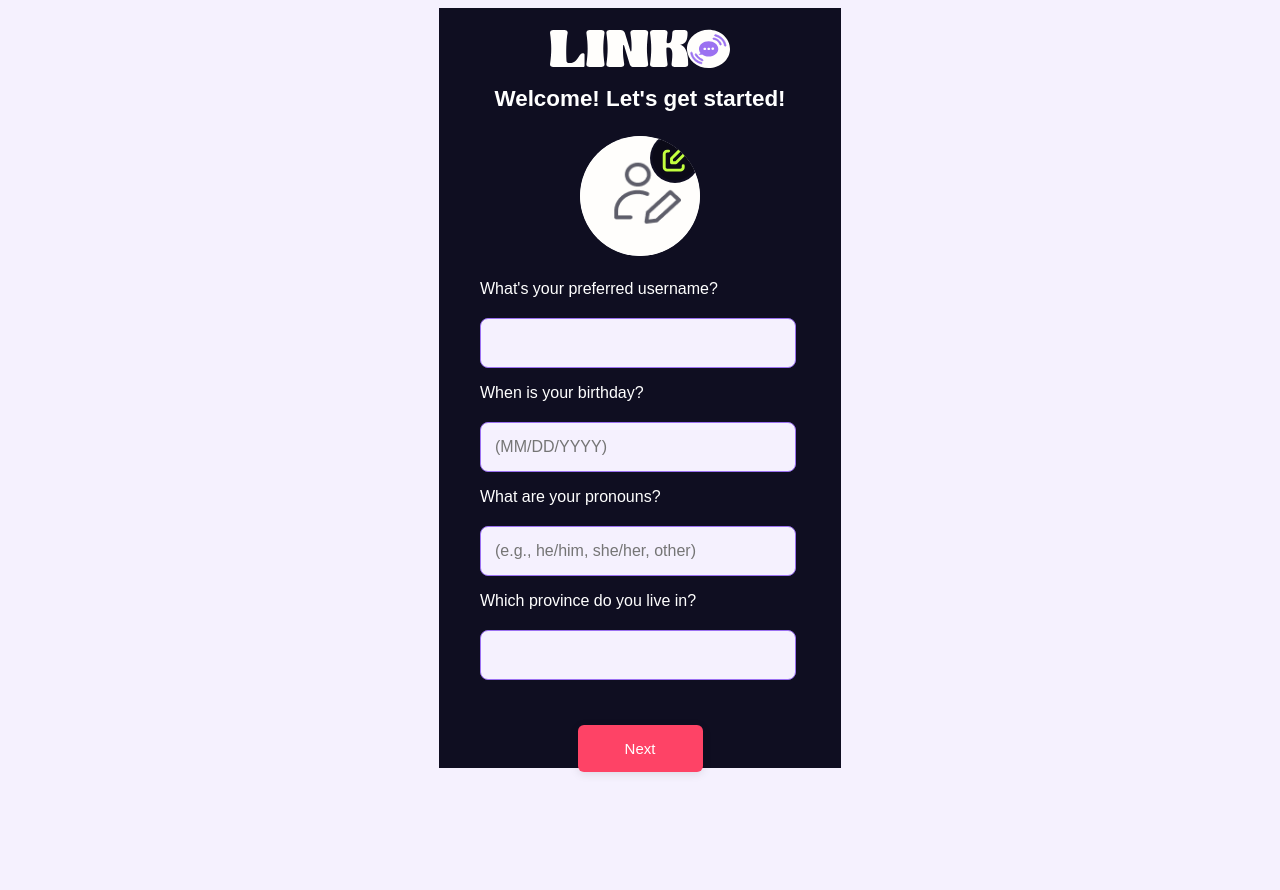
Repository: richelletiongson/MDIA2109_Linko
Page: /onboard/signup (app in linko_whatdafour/)
An editor plug-in stored every save of this project. The page is shown before and after the next save, followed by the edit.
The browser window is 1280 px wide. The pictures show the whole page.
The project was rebuilt for these pictures with package versions that can differ from the ones it lists, and the page was loaded fresh each time. The framework's server and built-in components were replaced by stand-ins that run in the browser. Also part of the build but not shown: linko_whatdafour/next.config.mjs, linko_whatdafour/app/.components/Modal/modal.module.css, linko_whatdafour/app/.components/Modal/modal.js.

Above is the page before, as saved 2025-05-20 23:59:45.

### linko_whatdafour/app/layout.js

















import { Geist, Geist_Mono } from "next/font/google";
import "./globals.css";

const geistSans = Geist({
  variable: "--font-geist-sans",
  subsets: ["latin"],
});

const geistMono = Geist_Mono({
  variable: "--font-geist-mono",
  subsets: ["latin"],
});

export const metadata = {
  title: "Create Next App",
  description: "Generated by create next app",
};

export default function RootLayout({ children }) {
  return (
    <html lang="en">
      <body className={`${geistSans.variable} ${geistMono.variable}`}>
        <div className = {"wrapper"}>
        {children}
        </div>
      </body>
    </html>
  );
}

### linko_whatdafour/app/onboard/signup/page.js
"use client"

import React, { useState } from 'react';
import Header from '@/app/.components/Header/header';
import InputField from '@/app/.components/input_field/input_field'
import { useRouter } from 'next/navigation';
import styles from './signup.module.css';
import Button from '@/app/.components/buttons';
import { PhotoGalleryModal } from '@/app/.components/Modal/modal';

export default function SignupPage() {
  const router = useRouter();

  const [profilePic, setProfilePic] = useState('/photos/DefaultProfile.png');
  const [profilePicModalOpen, setProfilePicModalOpen] = useState(false);
  const [profilePicSelection, setProfilePicSelection] = useState([profilePic]);

  const placeholderPhotos = [
    '/photos/photo_gallery/photo1.JPG',
    '/photos/photo_gallery/photo2.JPG',
    '/photos/photo_gallery/photo3.JPG',
    '/photos/photo_gallery/photo4.jpeg',
    '/photos/photo_gallery/photo5.jpeg',
    '/photos/photo_gallery/photo6.jpeg',
    '/photos/photo_gallery/photo7.jpeg',
    '/photos/photo_gallery/photo8.jpeg',
    '/photos/photo_gallery/photo9.jpeg',
    '/photos/photo_gallery/photo10.jpg',
  ];

  const handleOpenProfilePicModal = () => {
    setProfilePicSelection([profilePic]);
    setProfilePicModalOpen(true);
  };
  const handleCloseProfilePicModal = () => setProfilePicModalOpen(false);
  const handleDoneProfilePicModal = () => {
    if (profilePicSelection.length > 0) setProfilePic(profilePicSelection[0]);
    setProfilePicModalOpen(false);
  };

  return (
    <div className={styles.page}>
      <Header />
      <h2 className={styles.welcome}>Welcome! Let's get started!</h2>
      <div className={styles.profileIconWrapper}>
        <div className={styles.profileIconCircle}>
          <img
            src={profilePic}
            alt="Profile icon"
          />
          <div className={styles.addPhotoBtn}>
            <Button
              buttonText={<svg width="55" height="55" viewBox="0 0 55 55" fill="none" xmlns="http://www.w3.org/2000/svg">
                <g id="Group">
                  <circle id="Ellipse 74" cx="27.125" cy="27.125" r="27.125" fill="#0B0A17"/>
                  <path id="Vector" d="M19.25 19.25H17.5C16.5717 19.25 15.6815 19.6187 15.0251 20.2751C14.3687 20.9315 14 21.8217 14 22.75V38.5C14 39.4283 14.3687 40.3185 15.0251 40.9749C15.6815 41.6313 16.5717 42 17.5 42H33.25C34.1783 42 35.0685 41.6313 35.7249 40.9749C36.3813 40.3185 36.75 39.4283 36.75 38.5V36.75" stroke="#C2FF3E" strokeWidth="3.5" strokeLinecap="round" strokeLinejoin="round"/>
                  <path id="Vector_2" d="M35 15.7499L40.25 20.9999M42.6737 18.5237C43.363 17.8345 43.7502 16.8997 43.7502 15.9249C43.7502 14.9502 43.363 14.0154 42.6737 13.3262C41.9845 12.637 41.0497 12.2498 40.075 12.2498C39.1003 12.2498 38.1655 12.637 37.4763 13.3262L22.75 27.9999V33.2499H28L42.6737 18.5237Z" stroke="#C2FF3E" strokeWidth="3.5" strokeLinecap="round" strokeLinejoin="round"/>
                </g>
              </svg>}
              onClick={handleOpenProfilePicModal}
              type="dark_purple"
              size="big_round"
            />
          </div>
        </div>
      </div>
      <PhotoGalleryModal
        isOpen={profilePicModalOpen}
        onClose={handleCloseProfilePicModal}
        onDone={handleDoneProfilePicModal}
        availablePhotos={placeholderPhotos}
        selectedPhotos={profilePicSelection}
        setSelectedPhotos={(photosOrUpdater) => {
          if (typeof photosOrUpdater === 'function') {
            setProfilePicSelection(prev => {
              const result = photosOrUpdater(prev);
              if (result.length > 1) return [result[result.length - 1]];
              return result;
            });
          } else if (Array.isArray(photosOrUpdater)) {
            setProfilePicSelection(photosOrUpdater.length > 0 ? [photosOrUpdater[photosOrUpdater.length - 1]] : []);
          }
        }}
      />
      <form className={styles.form}>
        <label className={styles.label}>What's your preferred username?</label>
        <InputField
          placeholder = ""
          size = "large"
          color = "purple2"
        />

        <label className={styles.label}>When is your birthday?</label>
        <InputField
          placeholder = "(MM/DD/YYYY)"
          size = "large"
          color = "purple2"
        />

        <label className={styles.label}>What are your pronouns?</label>
        <InputField
          placeholder = "(e.g., he/him, she/her, other)"
          size = "large"
          color = "purple2"
        />

        <label className={styles.label}>Which province do you live in?</label>
        <InputField
          placeholder = ""
          size = "large"
          color = "purple2"
        />
      </form>

      <div className={styles.signup_Button}>
        <Button
          buttonText="Next"
          type="pink"
          size="small"
          onClick={() => router.push("/onboard/signup/questionaire/questionaire01")}
        />
        </div>
    </div>
  );
}

### linko_whatdafour/app/globals.css
:root {
  --background: #F5F1FE;
  --foreground: #fff;
}

html,
body {
  min-width: 402px;
  overflow-x: hidden;
}

body {
  color: var(--foreground);
  background: var(--background);
  font-family: Arial, Helvetica, sans-serif;
}

.wrapper {
  margin: 0 auto;
  width: 402px;
  min-height: 874px;
}












/* DEFAULT global.css
:root {
  --background: #ffffff;
  --foreground: #171717;
}

@media (prefers-color-scheme: dark) {
  :root {
    --background: #0a0a0a;
    --foreground: #ededed;
  }
}

html,
body {
  max-width: 100vw;
  overflow-x: hidden;
}

body {
  color: var(--foreground);
  background: var(--background);
  font-family: Arial, Helvetica, sans-serif;
  -webkit-font-smoothing: antialiased;
  -moz-osx-font-smoothing: grayscale;
}

* {
  box-sizing: border-box;
  padding: 0;
  margin: 0;
}

a {
  color: inherit;
  text-decoration: none;
}

@media (prefers-color-scheme: dark) {
  html {
    color-scheme: dark;
  }
}
*/

### linko_whatdafour/app/.components/Header/header.js
import React from 'react';
import styles from './header.module.css';
import Image from 'next/image';

export default function Header({ leftButton, rightButton }) {
  return (
    <header className={styles.header}>
      <div className={styles.side}>{leftButton}</div>
      <div className={styles.center}>
        <Image src="/logos/linko_primarylogo.svg" alt="Linko logo" width={180} height={42} className={styles.logo}/>
      </div>
      <div className={styles.side}>{rightButton}</div>
    </header>
  );
}

### linko_whatdafour/app/.components/input_field/input_field.js
"use client";
import React from "react";
import classNames from "classnames";
import styles from "./input_field.module.css";

export default function InputField({
  value,
  onChange,
  placeholder = "Type...",
  size = "medium",
  color = "purple1"
}) {
  const inputFieldClass = classNames(
    styles.inputField,
    styles[size],
    styles[color]
  );

  return (
    <input
      type="text"
      className={inputFieldClass}
      value={value}
      onChange={onChange}
      placeholder={placeholder}
    />
  );
}

### linko_whatdafour/app/onboard/signup/signup.module.css
.page {
    max-width: 402px;
    height: 100vh;
    background: #0F0E21;
    color: #fff;
    display: flex;
    flex-direction: column;
    align-items: center;
    justify-content: flex-start;
    padding: 20px 16px;
  }
  .welcome {
    font-size: 1.4rem;
    font-weight: 700;
    text-align: center;
    margin: 16px 0 24px 0;
  }
  .profileIconWrapper {
    display: flex;
    justify-content: center;
    width: 100%;
    margin-bottom: 24px;
  }
  .profileIconCircle {
    position: relative;
    width: 120px;
    height: 120px;
    border-radius: 50%;
    background: #fff;
    overflow: hidden;
    display: flex;
    align-items: center;
    justify-content: center;
  }
  .profileIconCircle img {
    position: absolute;
    width: 100%;
    height: 100%;
    object-fit: cover;
    border-radius: 50%;
    top: 0;
    left: 0;
  }
  .addPhotoBtn {
    position: absolute;
    top: 12px;
    right: 15px;
    width: 20px;
    height: 20px;
    display: flex;
    align-items: center;
    justify-content: center;
    box-shadow: 0 2px 8px rgba(0,0,0,0.10);
    z-index: 10;
  }
  .form {
    width: 100%;
    max-width: 340px;
    display: flex;
    flex-direction: column;
    justify-content: center;
    gap: 16px;
    padding-left: 20px;
  }
  .label {
    font-size: 1rem;
    font-weight: 500;
    margin-bottom: 4px;
  }
  .signup_Button {
    display: flex;
    justify-content: center;
    padding-left: 0;
    padding-top: 45px;
  }

### linko_whatdafour/app/.components/buttons.js
'use client';
import { useRouter } from 'next/navigation';
import classnames from "classnames";
import styles from './buttons.module.css';


export default function Button({buttonText, onClick, type, size, border, className}){



  const buttonClasses = classnames(
    styles.button,
    className,
    {
      [styles.big]: size === "big",
      [styles.medium]: size === "medium",
      [styles.small]: size === "small",
      [styles.smaller]: size === "smaller",
      [styles.big_round]: size === "big_round",
      [styles.small_round]: size === "small_round",
      [styles.big_pill]: size === "big_pill",
      [styles.small_pill]: size === "small_pill",
      [styles.long]: size === "long",
      [styles.pink]: type === "pink",
      [styles.purple]: type === "purple",
      [styles.light_purple]: type === "light_purple",
      [styles.dark_purple]: type === "dark_purple",
      [styles.green]: type === "green",
      [styles.white]: type === "white",
      [styles.transparent_pinkborder]: type === "transparent_pinkborder",
      [styles.transparent_whitetxt]: type === "transparent_whitetxt",
      [styles.transparent_greentxt]: type === "transparent_greentxt",
      [styles.pink_border]: border === "pink_border",
      [styles.green_border]: border === "green_border",
      [styles.nav]: type === "nav",
      [styles.nav_active]: type === "nav_active",
    }
  );
  return (

  <button
  className={buttonClasses}
  onClick={onClick}
  >

  {buttonText}

  </button>

  )
};























/*export const BigPinkButton = ({
    route,
    buttonText = 'Next',
  }) => {
    const router = useRouter();

    // Handle navigation to the specified route
    const handleNavigation = () => {
      // Navigate to the specified route
      router.push(route);
    };

    return (
      <div className={styles.buttonContainer}>
        <button
          onClick={handleNavigation}
          className={styles.bigPinkButton}
          type="button"
        >
          {buttonText}
        </button>
      </div>
    );
  };

  export const BigPurpleButton = ({
    route,
    buttonText = 'GET STARTED',
    onClick = null
  }) => {
    const router = useRouter();

    // Handle navigation to the specified route
    const handleNavigation = () => {
      // Navigate to the specified route
      router.push(route);
    };

    return (
      <div className={styles.buttonContainer}>
        <button
          onClick={handleNavigation}
          className={styles.bigPurpleButton}
          type="button"
        >
          {buttonText}
        </button>
      </div>
    );
  };*/

### linko_whatdafour/app/.components/Header/header.module.css
.header {
  display: grid;
  grid-template-columns: 1fr auto 1fr;
  align-items: center;
  height: 80px;
  background: transparent;
  padding: 0px 16px;
}

.side {
  display: flex;
  align-items: center;
  justify-content: flex-start;
  height: 100%;
}

.side:last-child {
  justify-content: flex-end;
}

.center {
  display: flex;
  align-items: center;
  justify-content: center;
  height: 100%;
}

### linko_whatdafour/app/.components/input_field/input_field.module.css
.inputField {
    padding: 10px 14px;
    font-size: 16px;
    border: 0.75px solid #9B71F1;
    box-sizing: border-box;
    outline: none;
    border-radius: 8px;
  }


  .small {
    width: 216.45px;
    height: 54.97px;
  }

  .medium {
    width: 288px;
    height: 65px;
  }

  .large {
    width: 316px;
    height: 50px;
  }

  .xlarge {
    width: 351.55px;
    height: 54.97px;
  }

  .chatSize {
    width: 400px;
    height: 45px;
    border-radius: 30px;
  }

  .white {
    background-color: #FFFFFF;
  }

  .purple1 {
    background-color: #E0C3FE;
  }

  .purple2 {
    background-color: #F5F1FE;
  }

  .purple3 {
    background-color: #E0C3FE;
  }

### linko_whatdafour/app/.components/buttons.module.css
.pink {
  background-color: #FE4366;
  color: white;
  border: none;
}

.purple {
  background-color: #9B71F1;
  color: white;
  border: none;
}

.light_purple {
  background-color: #E0C3FE;
  color: #06060E;
  border: none;
}

.dark_purple {
  background-color: #0F0E21;
  color: #C2FF3E;
  border: none;
}

.green {
  background-color: #C2FF3E;
  color: #06060E;
  border: none;
}

.white {
  background-color: #FFFEFC;
  color: #412F65;
  border: 2px solid #9B71F1;
}

.transparent_pinkborder {
  background-color: rgba(0, 0, 0, 0);
  color: #FFFEFC;
}

.transparent_whitetxt {
  background: transparent;
  color: #FFFEFC;
  border: none;
}

.transparent_greentxt {
  background-color: rgba(0, 0, 0, 0);
  color: #C2FF3E;
  border: none;
}

.pink_border {
  border: 1px solid #FE4366 !important;
}

.green_border {
  border: 1px solid #C2FF3E !important;
}

.small_round {
  display: flex;
  border-radius: 50%;
  border: none;
  width: 30px;
  height: 30px;
  padding: 2px 2px;
  flex-direction: column;
  justify-content: center;
  align-items: center;
}

.big_round {
  display: flex;
  border-radius: 50%;
  border: none;
  width: 50px;
  height: 50px;
  padding: 2px 2px;
  flex-direction: column;
  justify-content: center;
  align-items: center;
}

.big {
  font-weight: 700px;
  font-size: 19px;
  padding: 14px 20px;
  border-radius: 15px;
  width: 325px;
  text-align: center;
  box-shadow: 0 4px 6px rgba(0, 0, 0, 0.1);
}

.medium {
  font-weight: 700px;
  font-size: 16px;
  padding: 16px 24px;
  border-radius: 8px;
  width: 100%;
  max-width: 200px;
  text-align: center;
  box-shadow: 0 2px 10px rgba(0, 0, 0, 0.1);
}

.small {
  font-weight: 700px;
  font-size: 15px;
  padding: 15px 20px;
  border-radius: 6px;
  width: 100%;
  min-width: 125px;
  max-width: 200px;
  text-align: center;
  box-shadow: 0 2px 10px rgba(0, 0, 0, 0.1);
}

.smaller {
  font-weight: 700px;
  font-size: 15px;
  padding: 12px 12px;
  border-radius: 8px;
  width: 100%;
  min-width: 83px;
  max-width: 100px;
  text-align: center;
  box-shadow: 0 2px 10px rgba(0, 0, 0, 0.1);
}

.big_pill {
  display: inline-block;
  padding: 10px 20px;
  border-radius: 20px;
  border: 0.5px solid transparent;
  font-size: 16px;
  text-align: center;
  min-width: 100px;
  max-width: 100%;
  width: auto;
  white-space: normal;
  overflow: hidden;
  text-overflow: ellipsis;
  box-shadow: 0 2px 10px rgba(0, 0, 0, 0.1);
}

.small_pill {
  display: inline-block;
  padding: 4px 12px;
  border: none;
  border-radius: 20px;
  font-size: 13px;
  text-align: center;
  max-width: 100%;
  width: auto;
  white-space: normal;
  overflow: hidden;
  text-overflow: ellipsis;
  box-shadow: 0 2px 10px rgba(0, 0, 0, 0.1);
}

.long {
  display: flex;
  flex-direction: column;
  justify-content: center;
  font-weight: 700px;
  font-size: 16px;
  padding: 14px 20px;
  border-radius: 15px;
  width: 370px;
  height: 35px;
  text-align: center;
  box-shadow: 0 4px 6px rgba(0, 0, 0, 0.1);
}

.button.dark_purple.long.green_border:hover {
  background: #C2FF3E;
  color: #0F0E21;
}

.button.nav {
  background: none;
  border: none;
  color: #fff;
  font-size: 1.2rem;
  display: flex;
  flex-direction: column;
  align-items: center;
  gap: 4px;
  cursor: pointer;
  transition: color 0.2s;
  font-family: 'Lexend', 'Geist', 'Inter', Arial, sans-serif;
  font-weight: 400;
  box-shadow: none;
  outline: none;
}

.button.nav_active {
  color: #BCA6F7;
  font-weight: 500;
}

.button.nav .icon,
.button.nav_active .icon {
  display: flex;
  align-items: center;
  justify-content: center;
  font-size: 2rem;
  color: inherit;
  transition: color 0.2s;
}






















/*.bigPinkButton {
    width: 100%;
    max-width: 200px;
    padding: 16px 24px;
    border-radius: 8px;
    font-size: 16px;
    font-weight: 700;
    color: white;
    text-align: center;
    cursor: pointer;
    transition: all 0.3s ease;
    display: block;
    margin: 16px 0;
    box-shadow: 0 2px 10px rgba(0, 0, 0, 0.1);
    background-color:#FE4366;
  }

  .bigPinkButton:hover {
    background-color:#6B1C2B;
  }

  .bigPurpleButton {
    background-color: #9B71F1; /* Purple color that matches the image
    color: white;
    font-weight: 700;
    letter-spacing: 0.5px;
    font-size: 19px;
    padding: 14px 20px;
    border-radius: 15px;
    border: none;
    cursor: pointer;
    transition: all 0.3s ease;
    width: 100%;
    max-width: 325px;
    text-align: center;
    box-shadow: 0 4px 6px rgba(0, 0, 0, 0.1);
    text-transform: uppercase;
  }

  .bigPurpleButton:hover {
    background-color: #8a57ff;
  }



  .buttonContainer {
    display: inline-block;
    width: 100%;
    max-width: 200px;
  }
    */

After the next save:
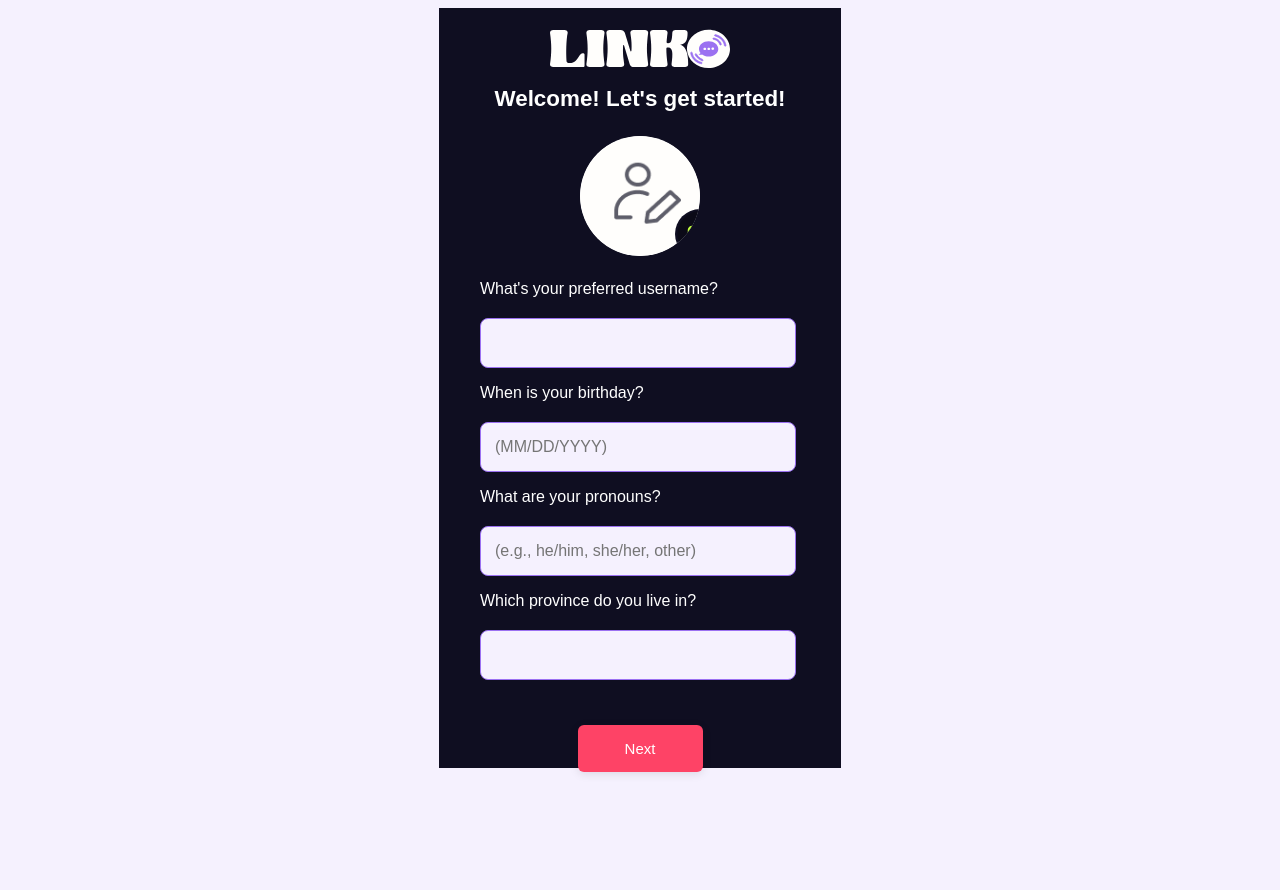
Saved 7 s later.
--- a/linko_whatdafour/app/onboard/signup/signup.module.css
+++ b/linko_whatdafour/app/onboard/signup/signup.module.css
@@ -43,8 +43,8 @@
   }
   .addPhotoBtn {
     position: absolute;
-    top: 12px;
-    right: 15px;
+    bottom: 12px;
+    right: -10px;
     width: 20px;
     height: 20px;
     display: flex;
